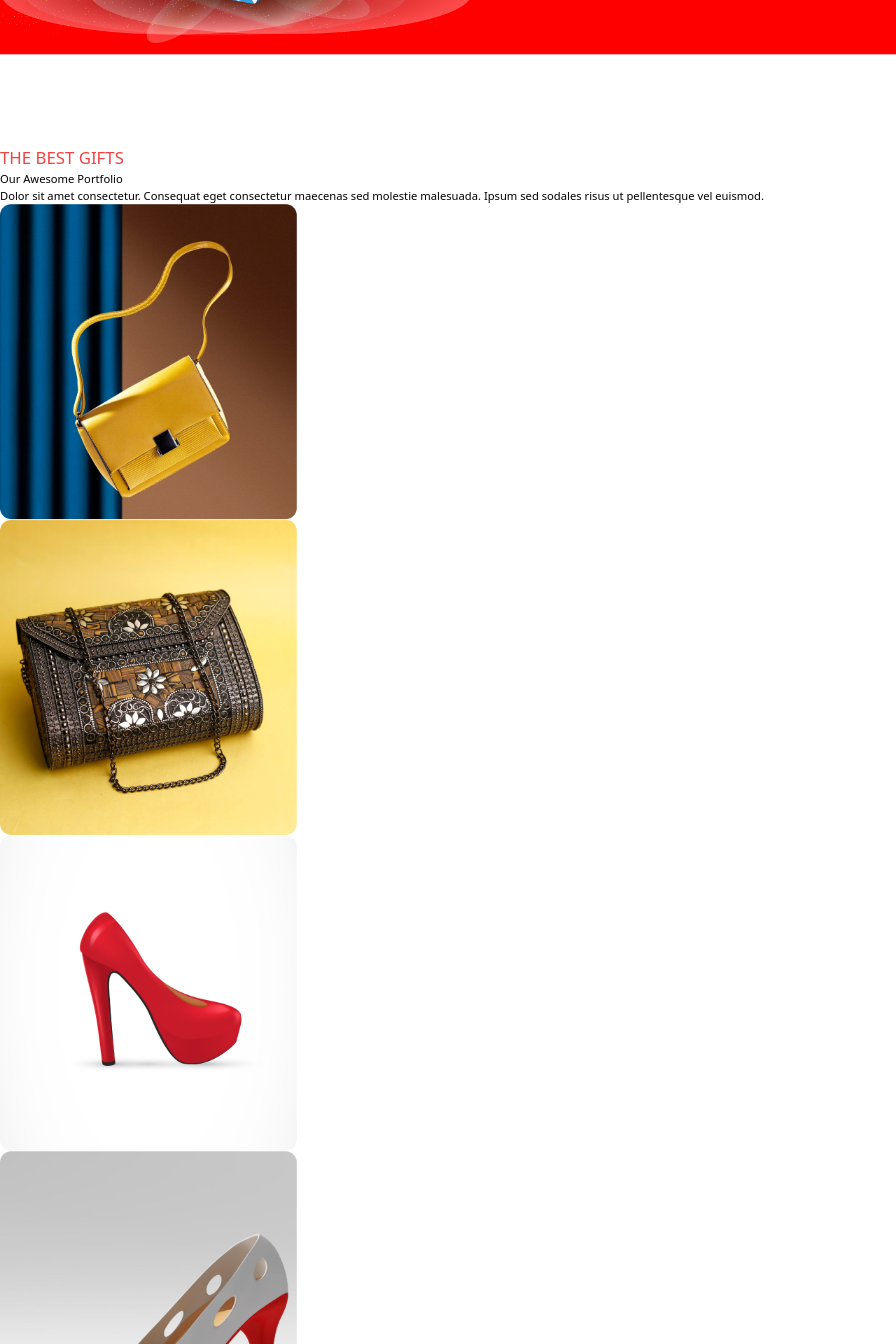
Repository: nahid-hasann/landing-page-1
Page: index.html
An editor plug-in stored every save of this project. The page is shown before and after a run of saves, followed by the edit.
The browser window is 1280 px wide. The pictures show the part of the page from y = 4461 to 6381 px (the page is 7459 px tall before and 7507 px after), at 70% of full size.
Some web libraries are served in a nearby version.

Above is the page before, as saved 2025-07-09 21:19:16.

### index.html
<!DOCTYPE html>
<html lang="en">
<head>
    <meta charset="UTF-8">
    <meta name="viewport" content="width=device-width, initial-scale=10">
    <title>Document</title>
    <link rel="stylesheet" href="style.css">
    <script src="https://cdn.tailwindcss.com"></script>

</head>
<body>

<main class="main">

  <section>
      <div class="banner">

        <h6 style="color: white; text-align: center;">Happy New Year</h6>
        <h1 style="color: white; text-align: center;">New Year Party Celebration</h1>

    </div>
  </section>

<section class="discount-section">
      <div class="discount">

      <h1 class="discount-of">65% OFF</h1>
      <br>
      <br>
      <br>
      <p class="discount-p">OUR HOLIDAY DEALS ARE BETTER</p>
      <br>
      <h4 class="discount-h">ALL CATEGORIES</h4>
      <br>
      <img style="width: 802px; text-align: center; margin: auto;" src="images/New Year Photo.png" alt="">

  </div>
</section>

<section class="midnight-party">
      <div>
        <h1 style="font-size: 64px; color: white;">Welcome to midnight party</h1>
        <br>
        <p style="font-size: 18px; color: #b09f7c;">Dolor sit amet consectetur. Consequat eget consectetur maecenas sed molestie malesuada. Ipsum sed sodales risus ut pellentesque vel euismod. </p>
        <br>
        <p style="font-size: 20px ; font-weight: 700; color: white;">Join Now</p>
      </div>

      <img src="images/Group 70.png" alt="">

</section >

<section class=" offer">

         <p style="font-size: 30px;"><span style="color: red; font-size: 30px;">Place:</span> New Park Hotel</p>
         <br>
         <p style="font-size: 30px;"><span style="color: red; font-size: 30px;">Date:</span> 31 December Night 2023</p>
         <br>
         <p style="font-size: 30px;"><span style="color: red; font-size: 30px;">Time:</span> Evening 7.30 pm to 12.30 am</p>
         <br>
         <br>
         <button class="btn">Join Now</button>

</section>


<section class="new-best-offer">

<div class="new-offer1">
  <p style="font-size: 24px; color: red;">NEW BEST OFFER</p>
  <br>
  <h1 style="font-size: 48px;">Coming Soon</h1>
  <br>
  <p style="font-size: 20px ; color: rgba(7, 2, 17, 0.6);">Dolor sit amet consectetur. Consequat eget consectetur maecenas sed molestie malesuada. Ipsum sed sodales risus ut pellentesque vel euismod. </p>
</div>

<div style="padding-right: 100px;" class="new-offer2">
    <div class="circle-border">
      <img style="width: 364px; " src="images/Ellipse 1.png" alt="">
    </div>
</div>

<div class="new-offer3">
      <h2>2024</h2>
      <p>Dolor sit amet consectetur. Consequat eget consectetur maecenas sed.</p>
      <img src="images/Group 96.png" alt="">
</div>

</section>


<section class="holidays">

  <div>
    <p style="font-size: 24px ; text-align: center;">WHAT IS FUNCTIONAL</p>
    <br>
    <h1 style="font-size: 72px; text-align: center;"><span style="color: red; text-align: center;">Holidays</span> Sale 50%</h1>
    <br>
    <p style="text-align: center; font-size: 18px ; padding: 0px 100px;">Dolor sit amet consectetur. Consequat eget consectetur maecenas sed <br>
molestie malesuada. Ipsum sed  sodales risus ut pellentesque vel euismod. Eleifend nunc purus quam id <br> fermentum amet amet sit consectetur.</p>
  </div>

  <div class="holidays-img">
    <img class="img1" src="images/Group 75.png" alt="">
    <img class="img2" src="images/Group 44.png" alt="">
  </div>


</section>


<section class="img-show">

   <div>
    <p class="text-red-500  text-[24px]">THE BEST GIFTS</p>
    <h1 class="">Our Awesome Portfolio</h1>
    <p>Dolor sit amet consectetur. Consequat eget consectetur maecenas sed molestie malesuada. Ipsum sed sodales risus ut pellentesque vel euismod. </p>
   </div>

   <div>
    <img src="images/Rectangle 3.png" alt="">
    <img src="images/Rectangle 4.png" alt="">
    <img src="images/Rectangle 5.png" alt="">
    <img src="images/Rectangle 6.png" alt="">
    <img src="images/Rectangle 7.png" alt="">
    <img src="images/Rectangle 8.png" alt="">
   </div>

</section>

</main>





</body>
</html>

### style.css
*{
    margin: 0;
    padding: 0;
    box-sizing: border-box;
}

.main{
    max-width: 1320px;
    margin: auto;
}

.banner{
    background: linear-gradient(rgba(0, 0, 0, 0.5), rgba(0, 0, 0, 0.5)), url(images/banner.png);
    background-repeat: no-repeat;
    background-size: cover;
    background-position: center;
    margin: 20px auto;
    height: 600px;
    display: flex;
    flex-direction: column;
    justify-content: center;
    border-radius: 15px;

}

.banner h1 {
   font-size: 72px;
}

.banner h6{
    font-size: 32px;
}

.discount{
    display: flex;
    flex-direction: column;
    justify-content: center;
    align-items: center;
}

.discount-of{
    font-size: 88px;
    color: red;
}

.discount-p{
    font-size: 24px ;
    color: red;

}

.discount-h{
    font-size: 48px;
}

.discount-section{
    margin: 130px 0;
}

.midnight-party{
    display: flex;
    justify-content: space-around;
    background: linear-gradient(rgba(0, 0, 0, 0.5), rgba(0, 0, 0, 0.5)), url('images/Vectorrr.png');
    align-items: center;
    padding: 40px 100px;
    border-radius: 10px;
    gap: 40px;
    margin-bottom: 130px;
}

.offer{
    background: linear-gradient(to bottom, #ffeaea, #ffffff);
    padding: 100px;
    display: flex;
    flex-direction: column;
    align-items: center;
    margin-bottom: 130px;
    border-radius: 10px;
}

.btn{
    padding: 13px 24px;
    border: none;
    background-color: red;
    border-radius: 5px;
}

.new-best-offer{
    display: flex;
    gap: 50px;
    align-items: center;
    justify-content: space-between;
    margin: 130px auto;
}

.new-offer2 .circle-border{
    width: 500px;
    height: 500px;
    border-radius: 50%;
    display: flex;
    justify-content: center;
    background: transparent;
    align-items: center;
    border: 20px solid red;

}

.new-offer2 img {
    width: 90%;                 /* Size adjust */
    height: auto;
    object-fit: cover;          /* Maintain image aspect */
}

.holidays{
    margin-bottom: 130px;
}

.img1{
    width: 674px;
}

.img2{
    width: 200px;
    margin-bottom: 300px;
    margin-right: 70px;
}

.holidays-img{
    background-image: url('images/rectangle.png');
    background-repeat: no-repeat;
    background-position: center bottom;
    display: flex;
    justify-content: space-between;
    align-items: flex-end;
    margin-top: 50px;
}

After the next 7 saves:
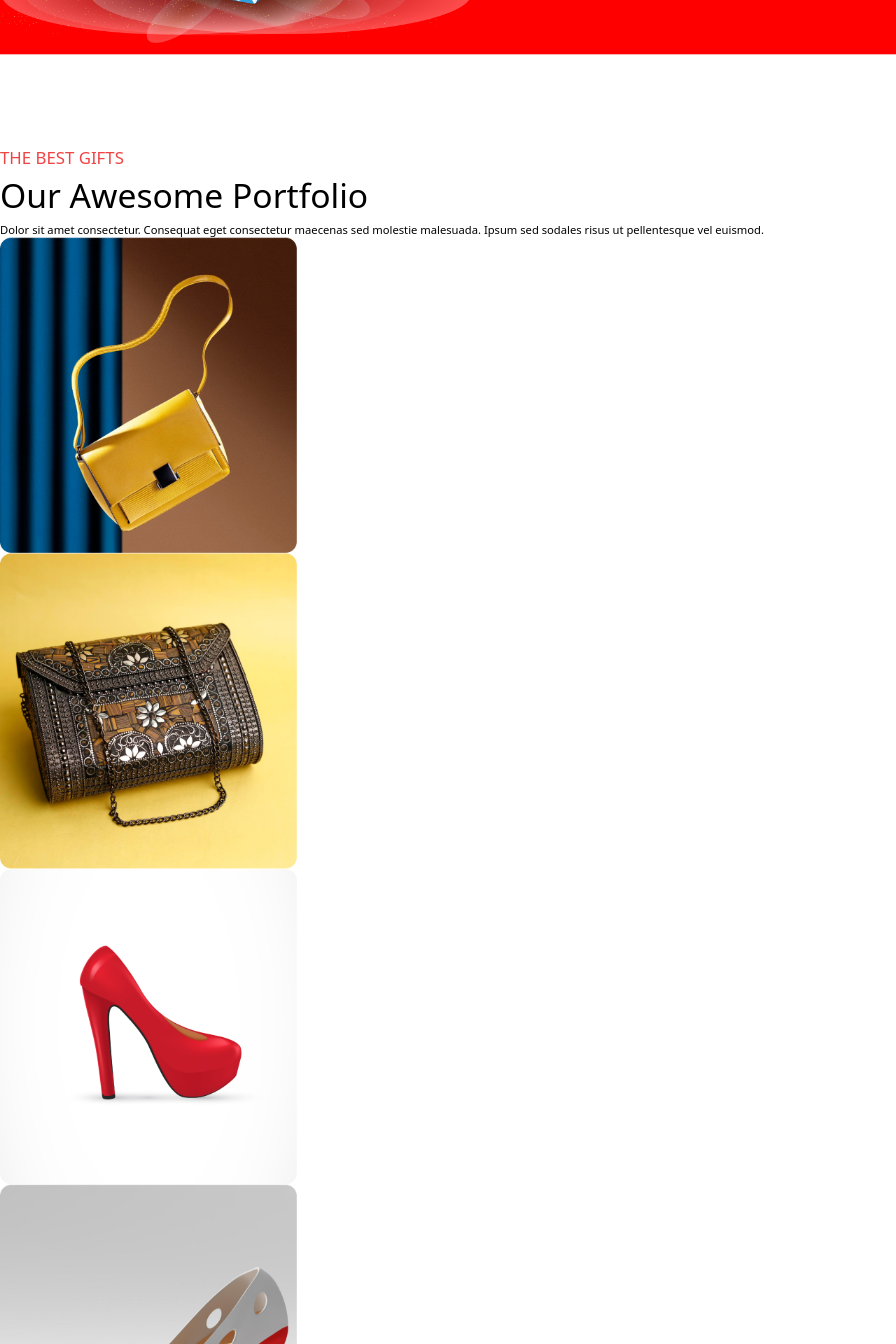
The 7 saves are shown as one change because they came seconds apart.
The last was saved 17 s later.
--- a/index.html
+++ b/index.html
@@ -113,7 +113,7 @@ molestie malesuada. Ipsum sed  sodales risus ut pellentesque vel euismod. Eleife
 
    <div>
     <p class="text-red-500  text-[24px]">THE BEST GIFTS</p>
-    <h1 class="">Our Awesome Portfolio</h1>
+    <h1 class="text-[48px] ">Our Awesome Portfolio</h1>
     <p>Dolor sit amet consectetur. Consequat eget consectetur maecenas sed molestie malesuada. Ipsum sed sodales risus ut pellentesque vel euismod. </p>
    </div>
 
